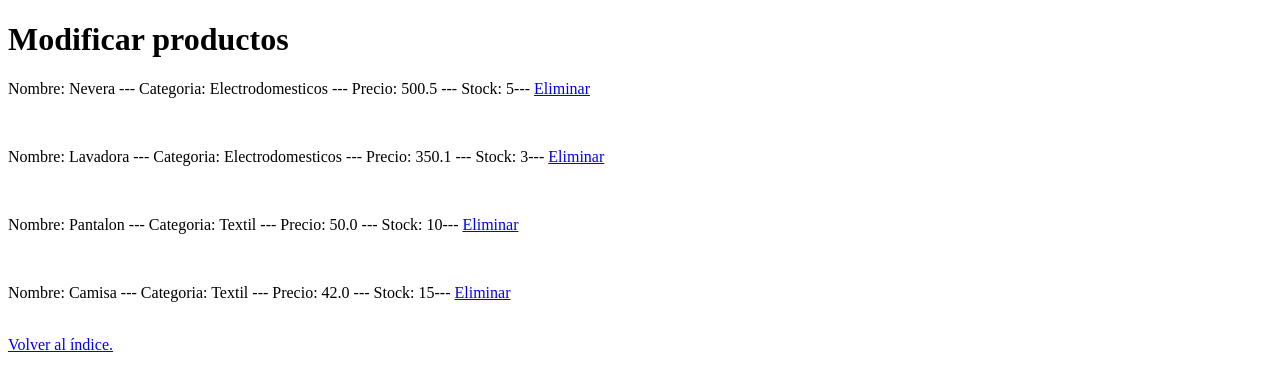
Repository: scgil/master-java
Page: http://localhost/Almacen/modificar.jsp
An editor plug-in stored every save of this project. The page is shown before and after the next save, followed by the edit.
The browser window is 1280 px wide. The pictures show the whole page.
The page is served by Tomcat 10. Other server files are loaded and not shown.

Above is the page before, as saved 2024-12-17 15:52:48.

### Semana2/Almacen/src/main/webapp/modificar.jsp
<%@ page language="java" contentType="text/html; charset=UTF-8"
    pageEncoding="UTF-8"%>
<%@ page import="com.curso.modelo.Producto" %>
<%@ page import="com.curso.service.ProductoService" %>
<%@ page import="java.util.List" %>
<!DOCTYPE html>
<html>
<head>
<meta charset="UTF-8">
<title>Modificar productos</title>
</head>
<body>

<%
ProductoService ps = new ProductoService();
List<Producto> productos = ps.productos();

%>

<h1>Modificar productos</h1>

<%
for(int i=0; i< productos.size(); i++){

%>

<p> Nombre: <%= productos.get(i).getNombre() %> --- Categoria: <%= productos.get(i).getCategoria() %>
--- Precio: <%= productos.get(i).getPrecio() %> --- Stock: <%= productos.get(i).getStock() %>--- <a href="ModificarServlet?indexModificar=<%= i %>">Eliminar</a></p><br>

<%} %>

<a href='index.html'>Volver al índice.</a>


</body>
</html>

### Semana2/Almacen/src/main/java/com/curso/modelo/Producto.java
package com.curso.modelo;

/**
 * Clase que representa un producto. Permite instanciar objetos
 * @author Sergio Castro
 * @version 1.0 2024/12/17
 */
public class Producto {
	private static int contadorId = 0;

	private int id;
	private String nombre;
	private String categoria;
	private double precio;
	private int stock;

	public Producto(String nombre, String categoria, double precio, int stock) {
		super();
		this.id = contadorId;
		this.nombre = nombre;
		this.categoria = categoria;
		this.precio = precio;
		this.stock = stock;
		contadorId++;

	}
	public int getId() {
		return id;
	}


	public String getNombre() {
		return nombre;
	}
	public void setNombre(String nombre) {
		this.nombre = nombre;
	}

	public String getCategoria() {
		return categoria;
	}

	public double getPrecio() {
		return precio;
	}
	public void setPrecio(double precio) {
		this.precio = precio;
	}
	public int getStock() {
		return stock;
	}
	public void setStock(int stock) {
		this.stock = stock;
	}





}

After the next save:
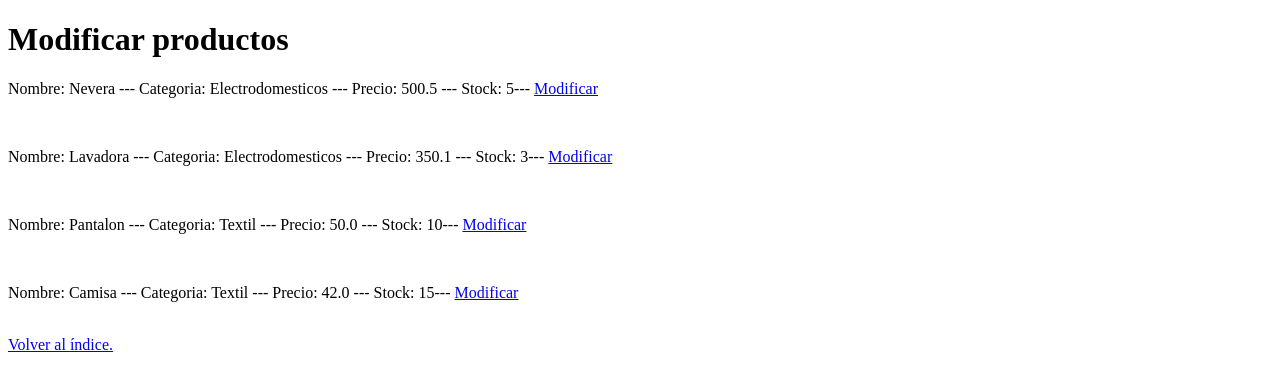
Saved 7 s later.
--- a/Semana2/Almacen/src/main/webapp/modificar.jsp
+++ b/Semana2/Almacen/src/main/webapp/modificar.jsp
@@ -25,7 +25,7 @@ for(int i=0; i< productos.size(); i++){
 %>
 
 <p> Nombre: <%= productos.get(i).getNombre() %> --- Categoria: <%= productos.get(i).getCategoria() %>
---- Precio: <%= productos.get(i).getPrecio() %> --- Stock: <%= productos.get(i).getStock() %>--- <a href="ModificarServlet?indexModificar=<%= i %>">Eliminar</a></p><br>
+--- Precio: <%= productos.get(i).getPrecio() %> --- Stock: <%= productos.get(i).getStock() %>--- <a href="ModificarServlet?indexModificar=<%= i %>">Modificar</a></p><br>
 
 <%} %>
 
